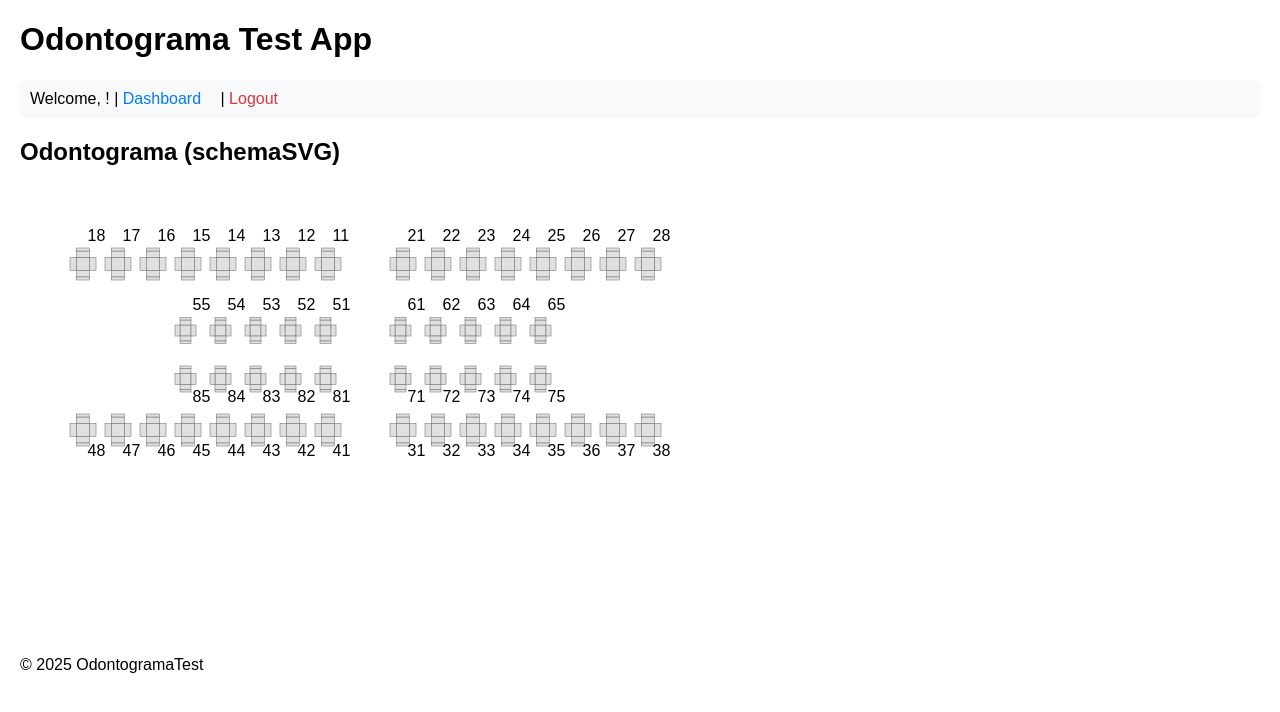
Repository: werfelyesid/OdontogramaTest
Page: http://localhost/dashboard/
The author's editor kept a copy of each file at every save. The page is drawn from the files as they stood at one save, then again after the next save.
The browser window is 1280 px wide. The pictures show the whole page.
The page is served by the project's application, run on Django 4.2 (manage.py). A made-up administrator, testuser (Test User, test@example.com), is signed in. Other server files are loaded and not shown.

Above is the page before, as saved 2025-04-20 15:52:47.

### core/templates/core/dashboard.html
<!-- filepath: /home/yesid-ramirez/OdontogramaTest/core/templates/core/dashboard.html -->
{% extends "core/base.html" %}

{% block title %}Doctor Dashboard{% endblock %}

{% block content %}
{% comment %} ...existing content... {% endcomment %}
<h2>Odontograma (schemaSVG)</h2>
<div id="odontogram-container" style="position: relative;">
    {% include "core/_odontogram.html" %}
</div>
{% comment %} ...existing content... {% endcomment %}
{% endblock %}

{% block extra_js %}
<script>
    // Function to generate the teeth within the SVG structure
    function generateOdontogram() {
        const svgNS = "http://www.w3.org/2000/svg";
        const toothWidth = 35; // Width for spacing
        const permStartX = 50;
        const permGap = 40;
        const permQWidth = 8 * toothWidth;
        // Align deciduous start under the 4th permanent tooth (index 3)
        const decidStartX = permStartX + (3 * toothWidth); // Adjusted start X
        const decidGap = 40;
        const decidQWidth = 5 * toothWidth;

        // Adjusted Y coordinates for spacing numbers
        const numberSpacing = 15; // Space for number + gap
        const toothHeightPerm = 29; // Approx height of permanent tooth shape
        const toothHeightDecid = 23.5; // Approx height of deciduous tooth shape
        const rowGap = 25; // Gap between rows

        const permUpperY = 50 + numberSpacing; // Move down to make space above
        const decidUpperY = permUpperY + toothHeightPerm + rowGap + numberSpacing;
        const decidLowerY = decidUpperY + toothHeightDecid + rowGap;
        const permLowerY = decidLowerY + toothHeightDecid + rowGap;

        // Helper function to create a tooth
        function createTooth(quadrantElement, toothNum, index, totalInQuadrant, shapeId, xOffset, yOffset, isLeftQuadrant) {
            if (!quadrantElement) return;

            const toothNode = document.createElementNS(svgNS, "g");
            toothNode.setAttribute('class', 'tooth');
            toothNode.setAttribute('id', `tooth-${toothNum}`);
            toothNode.setAttribute('data-tooth-id', toothNum);

            // Corrected: Position index should always be the loop index for visual order
            const positionIndex = index; // Use the loop index directly for positioning
            const currentX = xOffset + positionIndex * toothWidth;
            toothNode.setAttribute('transform', `translate(${currentX}, ${yOffset})`);

            const useNode = document.createElementNS(svgNS, "use");
            useNode.setAttribute("href", shapeId);
            toothNode.appendChild(useNode);

            // Adjust surface names based on quadrant and type
            const surfaces = toothNode.querySelectorAll('.tooth-surface');
            surfaces.forEach(surface => {
                let type = surface.getAttribute('data-surface-type');
                // Swap M/D for left quadrants (2, 3, 6, 7)
                if (isLeftQuadrant) {
                    if (type === 'M') type = 'D';
                    else if (type === 'D') type = 'M';
                }
                // Adjust O/I based on tooth number (simplified)
                const toothIndexInArch = parseInt(String(toothNum).slice(-1)); // 1 to 8 or 1 to 5
                if (type === 'O') {
                     if (shapeId === '#tooth-shape' && toothIndexInArch <= 3) type = 'I'; // Permanent Incisors/Canine
                     if (shapeId === '#deciduous-tooth-shape' && toothIndexInArch <= 3) type = 'I'; // Deciduous Incisors/Canine
                }
                 // Adjust L/P for upper teeth
                if (String(toothNum)[0] === '1' || String(toothNum)[0] === '2' || String(toothNum)[0] === '5' || String(toothNum)[0] === '6') {
                    if (type === 'L') type = 'P'; // Palatal
                    if (type === 'CP') type = 'CP'; // Cervico-Palatal (already correct)
                } else {
                     if (type === 'P') type = 'L'; // Lingual (just in case)
                     if (type === 'CP') type = 'CL'; // Cervico-Lingual
                }
                surface.setAttribute('data-surface-type', type);
            });

            quadrantElement.appendChild(toothNode);

            // --- Add Tooth Number Label ---
            const numberText = document.createElementNS(svgNS, "text");
            numberText.setAttribute('class', 'tooth-number');
            numberText.textContent = toothNum;

            // Position above for upper rows (1, 2), below for lower rows (3, 4)
            const isUpperRow = (yOffset === permUpperY || yOffset === decidUpperY);
            const currentToothHeight = (shapeId === '#tooth-shape') ? toothHeightPerm : toothHeightDecid;
            const numberY = isUpperRow ? (yOffset - numberSpacing + 5) : (yOffset + currentToothHeight + numberSpacing - 5);

            // Calculate X position to center the number within the tooth's allocated width
            const numberX = currentX + toothWidth / 2; // Center in the allocated space

            numberText.setAttribute('x', numberX); // Use calculated X
            numberText.setAttribute('y', numberY);

            quadrantElement.appendChild(numberText);
        }

        // --- Generate Permanent Teeth ---
        const q1 = document.getElementById('quadrant-1');
        const q2 = document.getElementById('quadrant-2');
        const q3 = document.getElementById('quadrant-3');
        const q4 = document.getElementById('quadrant-4');
        for (let i = 0; i < 8; i++) {
            // Q1 (18-11) - Upper Right
            createTooth(q1, 18 - i, i, 8, '#tooth-shape', permStartX, permUpperY, false);
            // Q2 (21-28) - Upper Left
            createTooth(q2, 21 + i, i, 8, '#tooth-shape', permStartX + permQWidth + permGap, permUpperY, true);
            // Q4 (48-41) - Lower Right
            createTooth(q4, 48 - i, i, 8, '#tooth-shape', permStartX, permLowerY, false);
             // Q3 (31-38) - Lower Left
            createTooth(q3, 31 + i, i, 8, '#tooth-shape', permStartX + permQWidth + permGap, permLowerY, true);
        }

        // --- Generate Deciduous Teeth ---
        const q5 = document.getElementById('quadrant-5');
        const q6 = document.getElementById('quadrant-6');
        const q7 = document.getElementById('quadrant-7');
        const q8 = document.getElementById('quadrant-8');
         for (let i = 0; i < 5; i++) {
            // Q5 (55-51) - Upper Right
            createTooth(q5, 55 - i, i, 5, '#deciduous-tooth-shape', decidStartX, decidUpperY, false);
            // Q6 (61-65) - Upper Left
            createTooth(q6, 61 + i, i, 5, '#deciduous-tooth-shape', decidStartX + decidQWidth + decidGap, decidUpperY, true);
            // Q8 (85-81) - Lower Right
            createTooth(q8, 85 - i, i, 5, '#deciduous-tooth-shape', decidStartX, decidLowerY, false);
            // Q7 (71-75) - Lower Left
            createTooth(q7, 71 + i, i, 5, '#deciduous-tooth-shape', decidStartX + decidQWidth + decidGap, decidLowerY, true);
        }
    }

    // Wait for the DOM to be fully loaded before generating and adding listeners
    document.addEventListener('DOMContentLoaded', function() {
        // Generate the SVG teeth
        generateOdontogram();

        const tooltip = document.getElementById('odontogram-tooltip');
        const container = document.getElementById('odontogram-container');

        if (!tooltip || !container) {
            console.error("Tooltip or container element not found!");
            return;
        }

        // Add listeners to tooth surfaces
        document.querySelectorAll('.tooth-surface').forEach(surface => {
            // Click listener
            surface.addEventListener('click', function(event) {
                const toothGroup = this.closest('.tooth');
                if (toothGroup) {
                    const toothId = toothGroup.getAttribute('data-tooth-id');
                    const surfaceType = this.getAttribute('data-surface-type');
                    console.log(`Clicked surface ${surfaceType} on tooth ${toothId}`);
                    this.classList.toggle('selected');
                } else {
                    console.error("Could not find parent '.tooth' group for clicked surface.");
                    console.log("Clicked element:", this);
                    console.log("Event target:", event.target);
                }
            });

            // Tooltip listeners
            surface.addEventListener('mouseover', function(event) {
                const toothGroup = this.closest('.tooth');
                if (toothGroup) {
                    const toothId = toothGroup.getAttribute('data-tooth-id');
                    const surfaceType = this.getAttribute('data-surface-type');
                    tooltip.textContent = `Diente ${toothId} (${surfaceType})`;
                    tooltip.style.display = 'block';
                    const containerRect = container.getBoundingClientRect();
                    tooltip.style.left = `${event.clientX - containerRect.left + 10}px`;
                    tooltip.style.top = `${event.clientY - containerRect.top + 10}px`;
                }
            });

            surface.addEventListener('mouseout', function() {
                tooltip.style.display = 'none';
            });

             surface.addEventListener('mousemove', function(event) {
                 if (tooltip.style.display === 'block') {
                    const containerRect = container.getBoundingClientRect();
                    tooltip.style.left = `${event.clientX - containerRect.left + 10}px`;
                    tooltip.style.top = `${event.clientY - containerRect.top + 10}px`;
                 }
             });
        });
    });

</script>
{% comment %} Styles moved to _odontogram.html {% endcomment %}
{% endblock %}

### core/templates/core/base.html
<!DOCTYPE html>
<html lang="en">
<head>
    <meta charset="UTF-8">
    <meta name="viewport" content="width=device-width, initial-scale=1.0">
    <title>{% block title %}OdontogramaTest{% endblock %}</title>
    <!-- Add link to CSS framework like Bootstrap or Tailwind if desired -->
    <style>
        body { font-family: sans-serif; margin: 20px; }
        .messages { list-style: none; padding: 0; margin: 1em 0; }
        .messages li { padding: 0.5em; margin-bottom: 0.5em; border-radius: 4px; }
        .messages li.success { background-color: #d4edda; color: #155724; border: 1px solid #c3e6cb; }
        .messages li.info { background-color: #d1ecf1; color: #0c5460; border: 1px solid #bee5eb; }
        .messages li.warning { background-color: #fff3cd; color: #856404; border: 1px solid #ffeeba; }
        .messages li.error { background-color: #f8d7da; color: #721c24; border: 1px solid #f5c6cb; }
        nav { margin-bottom: 20px; background-color: #f8f9fa; padding: 10px; border-radius: 5px; }
        nav a { margin-right: 15px; text-decoration: none; color: #007bff; }
        nav a:hover { text-decoration: underline; }
        nav form { display: inline; }
        nav button { background: none; border: none; color: #dc3545; cursor: pointer; padding: 0; font-size: inherit; }
        nav button:hover { text-decoration: underline; }
        .form-group { margin-bottom: 1rem; }
        .form-group label { display: block; margin-bottom: 0.5rem; }
        .form-group input, .form-group select, .form-group textarea { width: 100%; padding: 0.375rem 0.75rem; border: 1px solid #ced4da; border-radius: 0.25rem; box-sizing: border-box; }
        .form-group input[type="date"] { width: auto; }
        .form-group .errorlist { color: red; list-style: none; padding: 0; margin-top: 0.25rem; font-size: 0.875em; }
        .btn { display: inline-block; font-weight: 400; color: #212529; text-align: center; vertical-align: middle; cursor: pointer; background-color: #007bff; border: 1px solid #007bff; padding: 0.375rem 0.75rem; font-size: 1rem; line-height: 1.5; border-radius: 0.25rem; color: #fff; text-decoration: none; }
        .btn:hover { background-color: #0056b3; border-color: #0056b3; }
        .btn-secondary { background-color: #6c757d; border-color: #6c757d; }
        .btn-secondary:hover { background-color: #5a6268; border-color: #545b62; }
        .btn-danger { background-color: #dc3545; border-color: #dc3545; }
        .btn-danger:hover { background-color: #c82333; border-color: #bd2130; }
    </style>
</head>
<body>
    <header>
        <h1>Odontograma Test App</h1>
        <nav>
            {% if user.is_authenticated %}
                <span>Welcome, {{ user.get_full_name }}!</span> |
                <a href="{% url 'dashboard' %}">Dashboard</a> |
                <form action="{% url 'logout' %}" method="post" style="display: inline;">
                    {% csrf_token %}
                    <button type="submit">Logout</button>
                </form>
            {% else %}
                <a href="{% url 'login' %}">Login</a> |
                <a href="{% url 'register_doctor' %}">Register Doctor</a>
            {% endif %}
        </nav>
    </header>

    {% if messages %}
    <ul class="messages">
        {% for message in messages %}
        <li{% if message.tags %} class="{{ message.tags }}"{% endif %}>{{ message }}</li>
        {% endfor %}
    </ul>
    {% endif %}

    <main>
        {% block content %}
        <!-- Page specific content will go here -->
        {% endblock %}
    </main>

    <footer>
        <p>&copy; {% now "Y" %} OdontogramaTest</p>
    </footer>
    {% block extra_js %}
    <!-- Extra JS scripts can be added here -->
    {% endblock %}
</body>
</html>

### core/models.py
from django.contrib.auth.models import AbstractUser, Group, Permission
from django.db import models
from django.utils.translation import gettext_lazy as _

class CustomUser(AbstractUser):
    # Remove username field, use email as the unique identifier
    username = None
    email = models.EmailField(_('email address'), unique=True)

    # Doctor specific fields
    primer_nombre = models.CharField(max_length=100)
    segundo_nombre = models.CharField(max_length=100, blank=True, null=True)
    primer_apellido = models.CharField(max_length=100)
    segundo_apellido = models.CharField(max_length=100, blank=True, null=True)
    especialidad = models.CharField(max_length=150, blank=True, null=True)
    ciudad_donde_atiende = models.CharField(max_length=100, blank=True, null=True)
    registro_profesional = models.CharField(max_length=50, blank=True, null=True, unique=True)
    phone = models.CharField(max_length=20, blank=True, null=True) # Assuming landline
    numero_de_celular = models.CharField(max_length=20, blank=True, null=True)
    identificacion = models.CharField(max_length=30, blank=True, null=True, unique=True)
    fecha_de_nacimiento = models.DateField(blank=True, null=True)
    GENDER_CHOICES = [('M', 'Masculino'), ('F', 'Femenino'), ('O', 'Otro')]
    gender = models.CharField(max_length=1, choices=GENDER_CHOICES, blank=True, null=True)

    USERNAME_FIELD = 'email'
    REQUIRED_FIELDS = ['primer_nombre', 'primer_apellido'] # Required fields when creating user via createsuperuser

    groups = models.ManyToManyField(
        Group,
        verbose_name=_('groups'),
        blank=True,
        help_text=_(
            'The groups this user belongs to. A user will get all permissions '
            'granted to each of their groups.'
        ),
        related_name="customuser_set", # Unique related_name
        related_query_name="user",
    )
    user_permissions = models.ManyToManyField(
        Permission,
        verbose_name=_('user permissions'),
        blank=True,
        help_text=_('Specific permissions for this user.'),
        related_name="customuser_set", # Unique related_name
        related_query_name="user",
    )

    def __str__(self):
        return self.email

    def get_full_name(self):
        return f"{self.primer_nombre} {self.primer_apellido}".strip()

    def get_short_name(self):
        return self.primer_nombre

class Patient(models.Model):
    doctor = models.ForeignKey(CustomUser, on_delete=models.CASCADE, related_name='patients') # Link patient to doctor
    primer_nombre = models.CharField(max_length=100)
    segundo_nombre = models.CharField(max_length=100, blank=True, null=True)
    primer_apellido = models.CharField(max_length=100)
    segundo_apellido = models.CharField(max_length=100, blank=True, null=True)

    TIPO_ID_CHOICES = [
        ('CC', 'Cédula de Ciudadanía'),
        ('TI', 'Tarjeta de Identidad'),
        ('RC', 'Registro Civil'),
        ('CE', 'Cédula de Extranjería'),
        ('PA', 'Pasaporte'),
        ('OT', 'Otro'),
    ]
    tipo_de_identificacion = models.CharField(max_length=2, choices=TIPO_ID_CHOICES)
    numero_de_identificacion = models.CharField(max_length=30, unique=True)
    fecha_de_nacimiento = models.DateField()

    ESTADO_CIVIL_CHOICES = [
        ('S', 'Soltero/a'),
        ('C', 'Casado/a'),
        ('U', 'Unión Libre'),
        ('D', 'Divorciado/a'),
        ('V', 'Viudo/a'),
    ]
    estado_civil = models.CharField(max_length=1, choices=ESTADO_CIVIL_CHOICES, blank=True, null=True)
    GENDER_CHOICES = [('M', 'Masculino'), ('F', 'Femenino'), ('O', 'Otro')]
    gender = models.CharField(max_length=1, choices=GENDER_CHOICES)

    ZONA_RESIDENCIA_CHOICES = [('U', 'Urbana'), ('R', 'Rural')]
    zona_residencia = models.CharField(max_length=1, choices=ZONA_RESIDENCIA_CHOICES, blank=True, null=True)
    numero_de_celular = models.CharField(max_length=20, blank=True, null=True)
    direccion = models.CharField(max_length=255, blank=True, null=True)
    email = models.EmailField(blank=True, null=True)

    # Medical History
    motivo_consulta = models.TextField(blank=True, null=True)
    alarma = models.TextField(blank=True, null=True) # Consider better field type if structured
    compromiso_sistemico = models.TextField(blank=True, null=True)
    medicacion = models.TextField(blank=True, null=True)
    alergias = models.TextField(blank=True, null=True)
    antecedentes_familiares = models.TextField(blank=True, null=True)
    antecedentes_medicos = models.TextField(blank=True, null=True)

    TIPO_UBICACION_CHOICES = [
        ('H', 'Hogar'),
        ('T', 'Trabajo'),
        ('E', 'Estudio'),
        ('O', 'Otro'),
    ]
    tipo_ubicacion_usuario = models.CharField(max_length=1, choices=TIPO_UBICACION_CHOICES, blank=True, null=True)

    # Add fields for odontogram data later if needed
    # schemaSVG_data = models.JSONField(blank=True, null=True) # Example

    created_at = models.DateTimeField(auto_now_add=True)
    updated_at = models.DateTimeField(auto_now=True)

    def __str__(self):
        return f"{self.primer_nombre} {self.primer_apellido} ({self.numero_de_identificacion})"

### core/views.py
from django.shortcuts import render, redirect, get_object_or_404
from django.contrib.auth import login, logout, authenticate
from django.contrib.auth.decorators import login_required
from django.contrib import messages
from .forms import DoctorRegistrationForm, PatientRegistrationForm, CustomLoginForm
from .models import Patient, CustomUser

def register_doctor_view(request):
    if request.method == 'POST':
        form = DoctorRegistrationForm(request.POST)
        if form.is_valid():
            user = form.save()
            login(request, user, backend='django.contrib.auth.backends.ModelBackend') # Log in the new doctor
            messages.success(request, 'Registration successful. You are now logged in.')
            return redirect('dashboard')
        else:
            messages.error(request, 'Registration unsuccessful. Please correct the errors below.')
    else:
        form = DoctorRegistrationForm()
    return render(request, 'core/register_doctor.html', {'form': form})

def login_view(request):
    if request.user.is_authenticated:
        return redirect('dashboard') # Redirect if already logged in

    if request.method == 'POST':
        form = CustomLoginForm(request, data=request.POST)
        if form.is_valid():
            email = form.cleaned_data.get('username') # Form uses 'username' for the email field
            password = form.cleaned_data.get('password')
            user = authenticate(request, email=email, password=password)
            if user is not None:
                login(request, user)
                messages.info(request, f"Welcome back, {user.get_full_name()}.")
                # Redirect to the URL specified in 'next' parameter or dashboard
                next_url = request.POST.get('next', 'dashboard')
                return redirect(next_url)
            else:
                messages.error(request, "Invalid email or password.")
        else:
             messages.error(request, "Invalid email or password.")
    else:
        form = CustomLoginForm()

    return render(request, 'core/login.html', {'form': form, 'next': request.GET.get('next', '')})


def logout_view(request):
    logout(request)
    messages.info(request, "You have successfully logged out.")
    return redirect('login')

@login_required
def dashboard_view(request):
    # Ensure the logged-in user is a CustomUser instance
    doctor = request.user
    if not isinstance(doctor, CustomUser):
         # Handle cases where user might not be the expected type (e.g., admin user)
         # Or redirect non-doctors elsewhere
         messages.warning(request, "Access restricted to doctors.")
         return redirect('login')

    context = {
        'doctor_name': doctor.get_full_name()
    }
    return render(request, 'core/dashboard.html', context)

@login_required
def register_patient_view(request):
    if request.method == 'POST':
        form = PatientRegistrationForm(request.POST)
        if form.is_valid():
            patient = form.save(commit=False)
            patient.doctor = request.user # Assign the logged-in doctor
            patient.save()
            messages.success(request, f'Patient {patient.primer_nombre} {patient.primer_apellido} registered successfully.')
            # Redirect to patient detail page or back to dashboard?
            return redirect('dashboard') # Redirecting back to dashboard for now
        else:
            messages.error(request, 'Patient registration unsuccessful. Please correct the errors below.')
    else:
        form = PatientRegistrationForm()
    return render(request, 'core/register_patient.html', {'form': form})

# Add views for patient details, editing, odontogram interaction later

### OdontogramaTest/urls.py
from django.contrib import admin
from django.urls import path, include

urlpatterns = [
    path('admin/', admin.site.urls),
    path('', include('core.urls')), # Include core app URLs
]

### core/urls.py
from django.urls import path
from . import views

urlpatterns = [
    path('register/doctor/', views.register_doctor_view, name='register_doctor'),
    path('login/', views.login_view, name='login'),
    path('logout/', views.logout_view, name='logout'),
    path('dashboard/', views.dashboard_view, name='dashboard'),
    path('register/patient/', views.register_patient_view, name='register_patient'),
    # Add other URLs for patient details, odontogram actions etc.
    path('', views.login_view), # Redirect root to login for now
]

Loaded but not shown: core/templates/core/_odontogram.html (93 lines, source omitted)

After the next save:
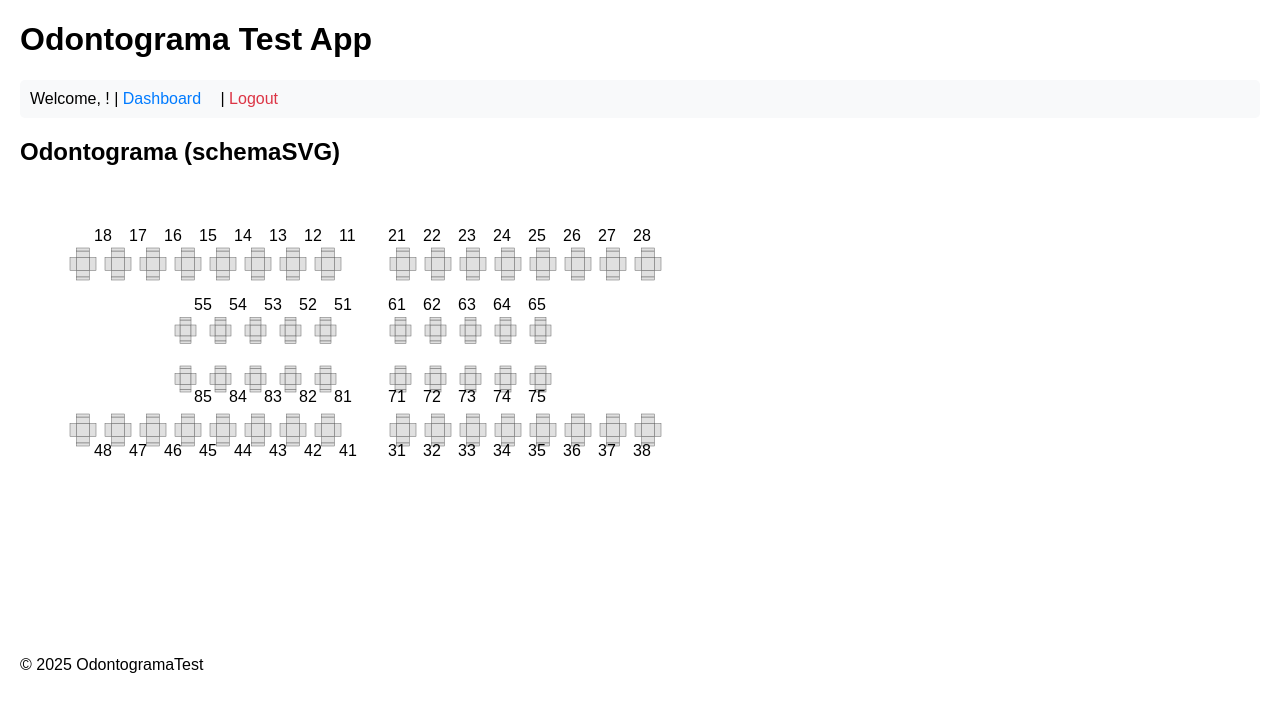
Saved 3 min 51 s later.
--- a/core/templates/core/dashboard.html
+++ b/core/templates/core/dashboard.html
@@ -93,8 +93,16 @@
             const currentToothHeight = (shapeId === '#tooth-shape') ? toothHeightPerm : toothHeightDecid;
             const numberY = isUpperRow ? (yOffset - numberSpacing + 5) : (yOffset + currentToothHeight + numberSpacing - 5);
 
-            // Calculate X position to center the number within the tooth's allocated width
-            const numberX = currentX + toothWidth / 2; // Center in the allocated space
+            // Calculate X position: Center text slightly left of the visual distal edge
+            let numberXCenterOffset;
+            if (shapeId === '#tooth-shape') { // Permanent
+                // Visual distal edge approx: 26 (right Q), 0 (left Q)
+                numberXCenterOffset = isLeftQuadrant ? -2 : 24; // Center text at x=-2 (relative) or x=24 (relative)
+            } else { // Deciduous
+                // Visual distal edge approx: 21 (right Q), 0 (left Q)
+                numberXCenterOffset = isLeftQuadrant ? -2 : 19; // Center text at x=-2 (relative) or x=19 (relative)
+            }
+            const numberX = currentX + numberXCenterOffset; // Use offset relative to the tooth's group position
 
             numberText.setAttribute('x', numberX); // Use calculated X
             numberText.setAttribute('y', numberY);
